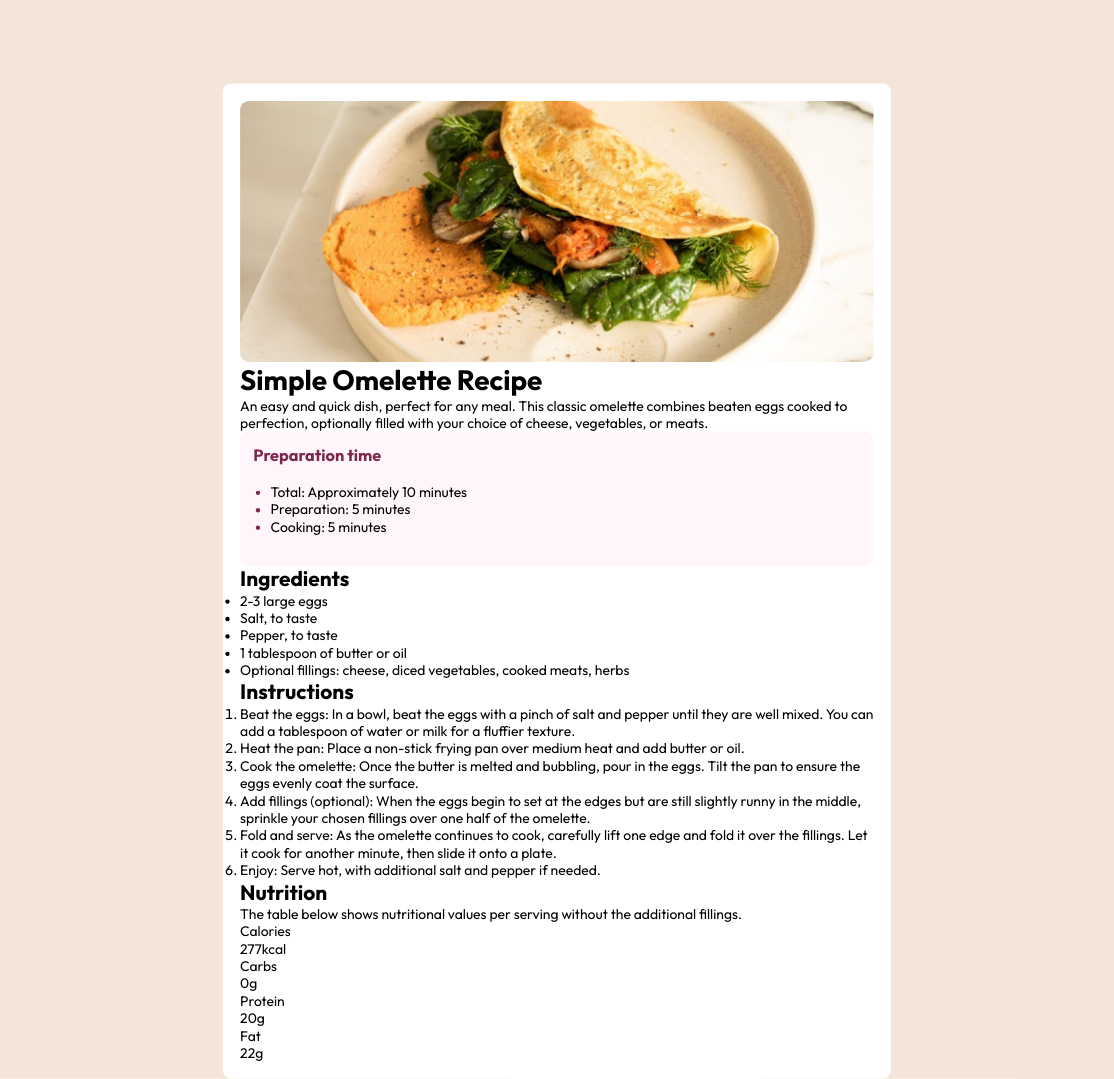
Repository: reemoon-ctrl/mine-recipe-page-main
Page: index1.html
The author's editor kept a copy of each file at every save. The page is drawn from the files as they stood at one save, then again after the next save.
The browser window is 1280 px wide. The pictures show the whole page, at 87% of full size.

Above is the page before, as saved 2024-08-11 15:19:04.

### index1.html
<!DOCTYPE html>
<html lang="en">
<head>
    <meta charset="UTF-8">

    <style>
        @import url('https://fonts.googleapis.com/css2?family=Open+Sans:ital,wght@0,300..800;1,300..800&family=Outfit:wght@100..900&family=Poppins:ital,wght@0,100;0,200;0,300;0,400;0,500;0,600;0,700;0,800;0,900;1,100;1,200;1,300;1,400;1,500;1,600;1,700;1,800;1,900&family=Young+Serif&display=swap');
        @import url('https://fonts.googleapis.com/css2?family=Open+Sans:ital,wght@0,300..800;1,300..800&family=Poppins:ital,wght@0,100;0,200;0,300;0,400;0,500;0,600;0,700;0,800;0,900;1,100;1,200;1,300;1,400;1,500;1,600;1,700;1,800;1,900&family=Young+Serif&display=swap');
    </style>
        <meta name="viewport" content="width=device-width, initial-scale=1.0">
    <link rel="stylesheet" href="/style.css">
    <title>ommelette</title>
</head>
<body>
    <div class="page-center">
        <div class="container">
            <header>
            <div class="rec-img"></div>
            <h1>Simple Omelette Recipe</h1>

            <p>An easy and quick dish, perfect for any meal.
            This classic omelette combines beaten eggs cooked
            to perfection, optionally filled with your choice
            of cheese,
            vegetables, or meats.</p>
            </header>

            <div class="prep-time">
                <h3>Preparation time</h3>


                <ul>
                <li>Total: Approximately 10 minutes</li>
                <li>Preparation: 5 minutes</li>
                <li>Cooking: 5 minutes</li>
                </ul>
            </div>

            <h2>Ingredients</h2>
            <ul>
            <li>2-3 large eggs</li>
            <li>Salt, to taste</li>
            <li>Pepper, to taste</li>
            <li>1 tablespoon of butter or oil</li>
            <li>Optional fillings: cheese, diced vegetables, cooked meats, herbs</li>
            </ul>






            <h2>Instructions</h2>
            <ol>
            <li>Beat the eggs: In a bowl, beat the eggs with a pinch of salt and pepper until they are well mixed.
                You can add a tablespoon of water or milk for a fluffier texture.</li>
            <li>Heat the pan: Place a non-stick frying pan over medium heat and add butter or oil.</li>
            <li>Cook the omelette: Once the butter is melted and bubbling, pour in the eggs. Tilt the pan to ensure
                the eggs evenly coat the surface.</li>
            <li>Add fillings (optional): When the eggs begin to set at the edges but are still slightly runny in the
                middle, sprinkle your chosen fillings over one half of the omelette.</li>
            <li>Fold and serve: As the omelette continues to cook, carefully lift one edge and fold it over the
                fillings. Let it cook for another minute, then slide it onto a plate.</li>
            <li>Enjoy: Serve hot, with additional salt and pepper if needed.</li>
            </ol>

            <h2>Nutrition</h2>

            <p>The table below shows nutritional values per serving without the additional fillings.</p>

            <div>Calories</div>
            <div>277kcal</div>

            <div>Carbs</div>
            <div>0g</div>

            <div>Protein</div>
            <div>20g</div>

            <div>Fat</div>
            <div>22g</div>
         </div>
    </div>
</body>
</html>

### style.css
*{
    padding: 0;
    margin: 0;
    box-sizing: border-box;
}
body{
    background: hsl(30, 54%, 90%);
    font-family: "Outfit", sans-serif;
    font-optical-sizing: auto;
    font-weight: 400;
    font-style: normal;

}
.rec-img{

    max-width: 900px;
    border-radius:10px ;
    height: 300px;
    background: url('/image-omelette.jpeg')no-repeat center center/cover;
}
.container{
    background: #fff;
    border-radius: 10px;
    margin: 10% ;
    /* margin: auto; */
    max-width:960px;
    padding: 20px;

}
.page-center{
    height: 100vh;
    display: grid;
    grid-template-columns: 960px;
    align-items: center;
    justify-content:space-around;
}
.prep-time{
    background: hsl(330, 100%, 98%);
    padding: 15px;
    border-radius: 10px;
}
.prep-time ul{
    padding: 20px;
}
.prep-time ul li::marker {
    color: hsl(332, 51%, 32%);
  }

.prep-time h3{
    color: hsl(332, 51%, 32%);
    /* font-family: "Young Serif", serif;
    font-weight: 400;
    font-style: normal; */

}

After the next save:
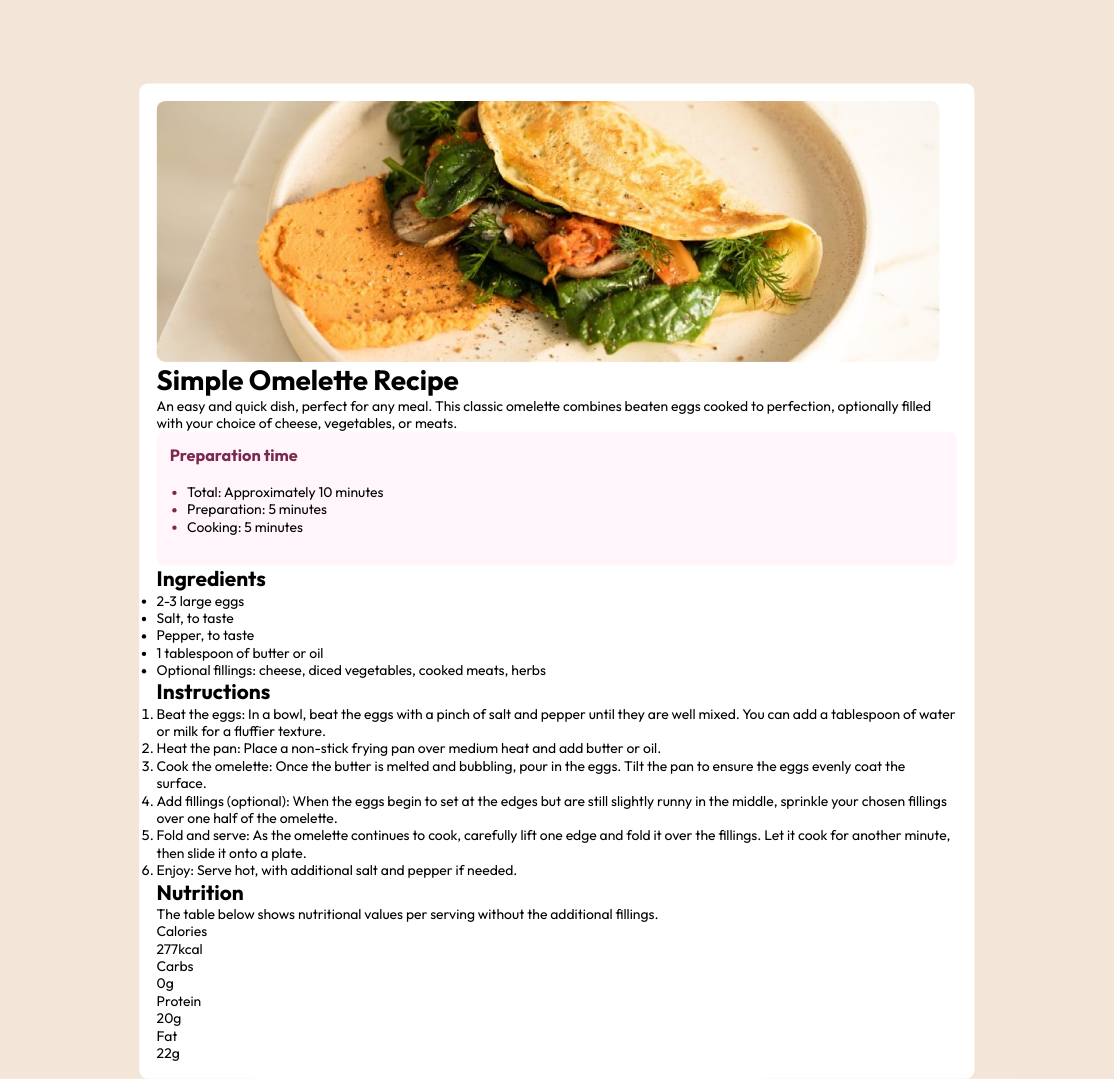
Saved 9 s later.
--- a/style.css
+++ b/style.css
@@ -21,7 +21,7 @@ body{
 .container{
     background: #fff;
     border-radius: 10px;
-    margin: 10% ;
+    margin: 10% auto;
     /* margin: auto; */
     max-width:960px;
     padding: 20px;
